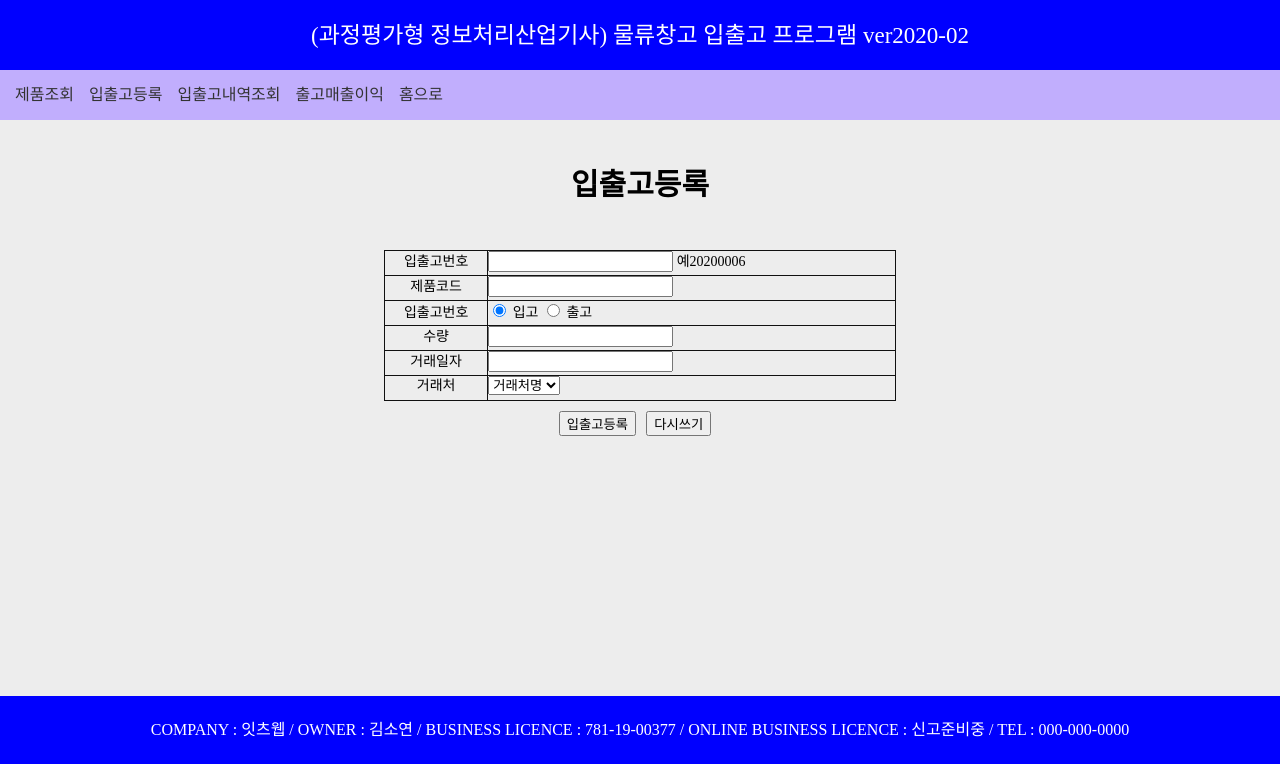
Repository: myeongwoo95/Engineer-Information-Processing
Page: http://localhost/TestProject/insert.jsp
An editor plug-in stored every save of this project. The page is shown before and after the next save, followed by the edit.
The browser window is 1280 px wide. The pictures show the whole page.
The page is served by Tomcat 9. The template is opened directly, without the code that normally fills it, so the values that code supplies are empty.

Above is the page before, as saved 2021-06-24 15:42:39.
Console error: SyntaxError: Unexpected token ')'

After the next save:
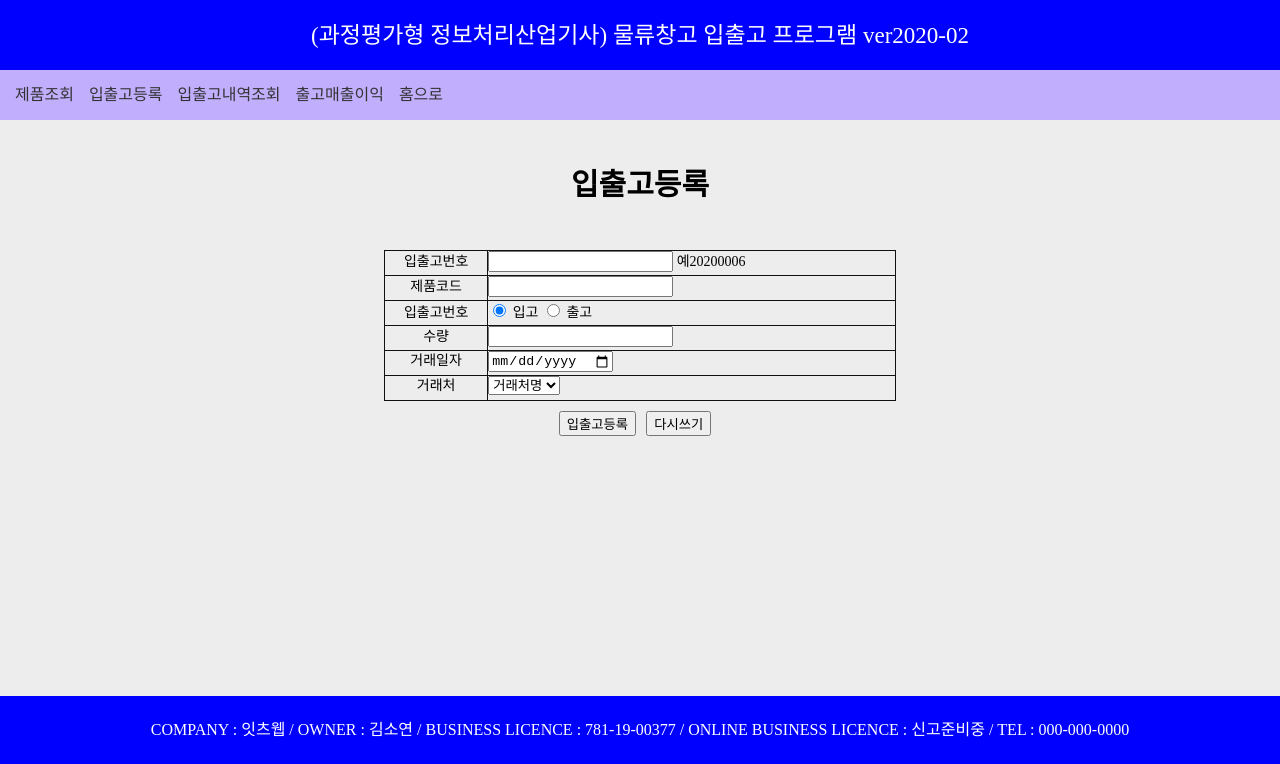
Saved 76 s later.
--- a/TestProject/src/main/webapp/insert.jsp
+++ b/TestProject/src/main/webapp/insert.jsp
@@ -73,7 +73,7 @@
 
 				<tr>
 					<th>거래일자</th>
-					<td><input type="text" name="t_date"></td>
+					<td><input type="date" name="t_date"></td>
 				</tr>
 
 				<tr>

After the save that followed:
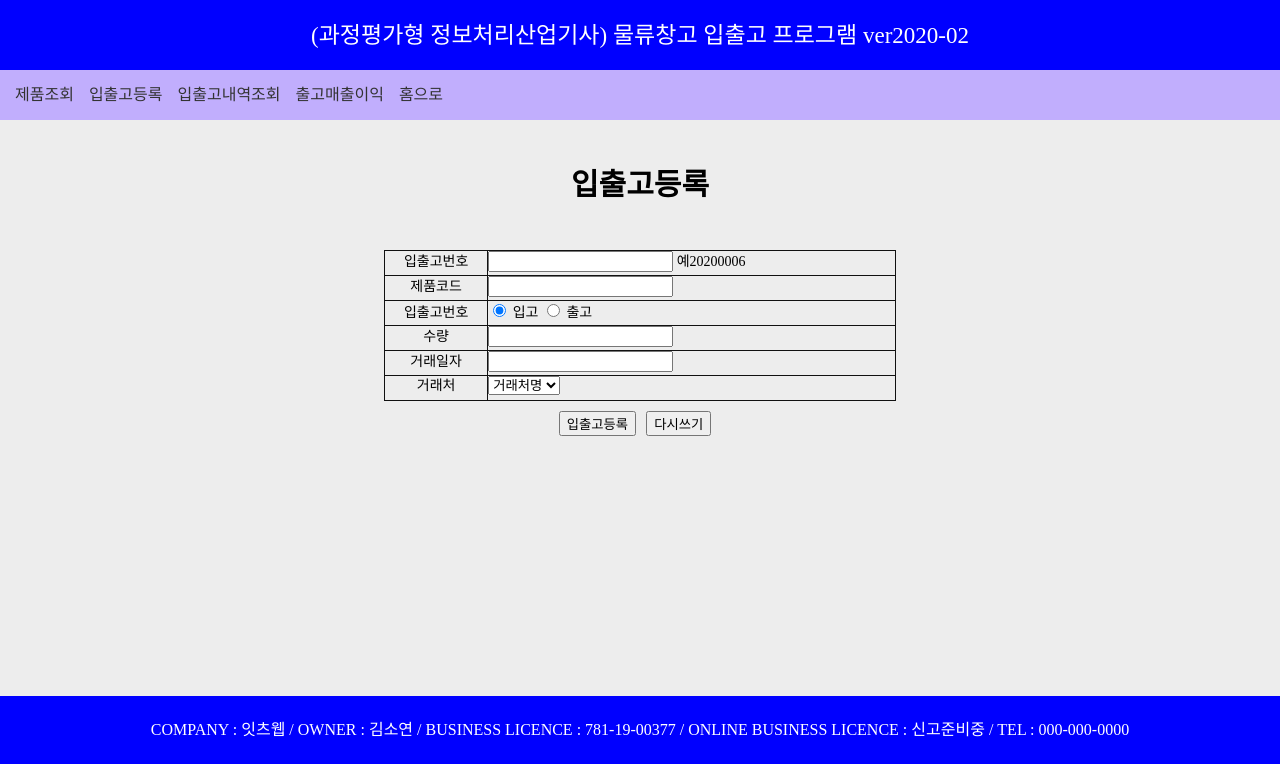
Saved 8 s later.
--- a/TestProject/src/main/webapp/insert.jsp
+++ b/TestProject/src/main/webapp/insert.jsp
@@ -73,7 +73,7 @@
 
 				<tr>
 					<th>거래일자</th>
-					<td><input type="date" name="t_date"></td>
+					<td><input type="text" name="t_date"></td>
 				</tr>
 
 				<tr>
